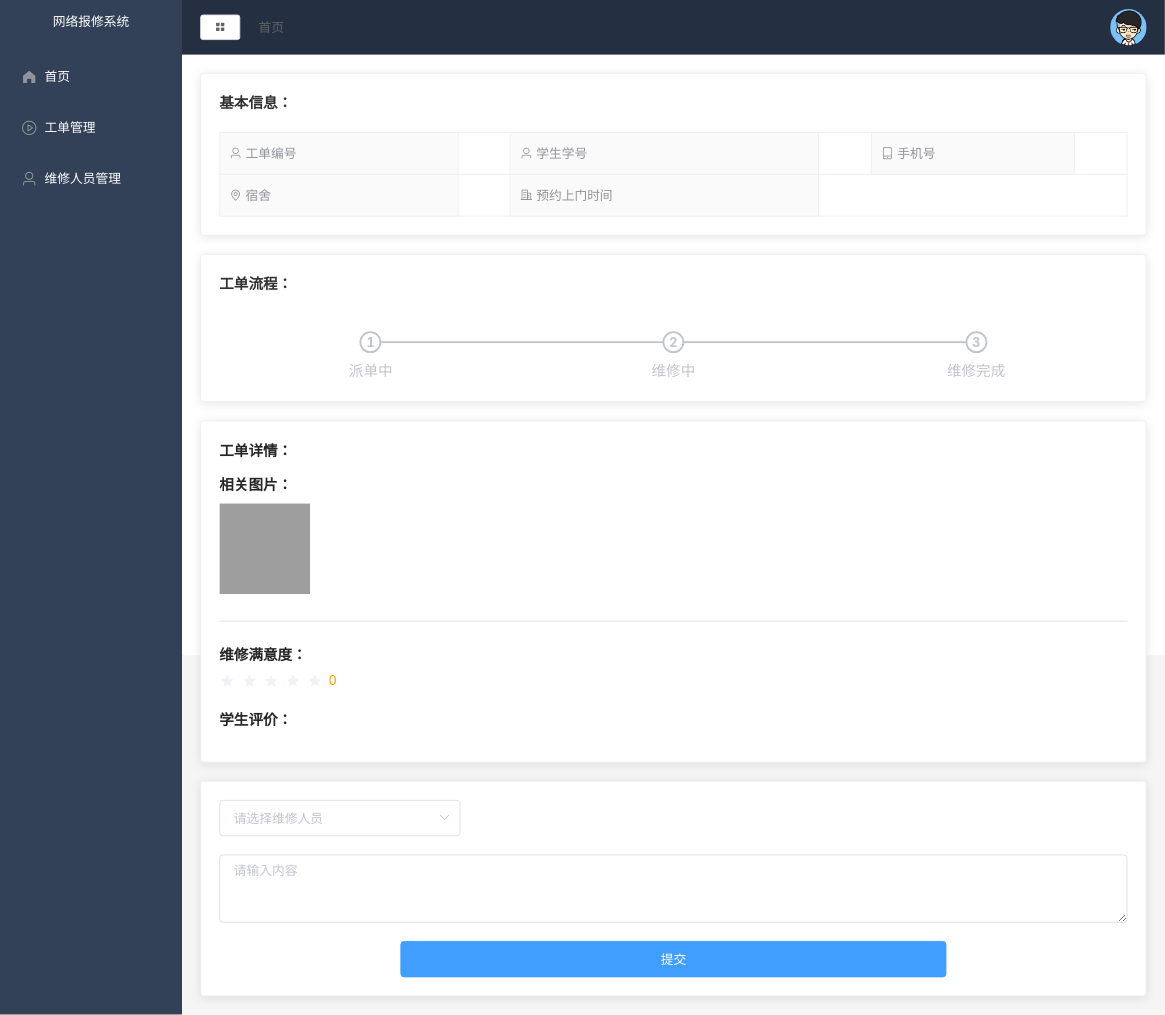
Repository: LtheW/vue
Page: /submit
An editor plug-in stored every save of this project. The page is shown before and after the next save, followed by the edit.
The browser window is 1280 px wide. The pictures show the whole page, at 91% of full size.
Pictures or frames that could not be fetched are drawn as grey boxes. The page's requests for data from a server got no answer. The project was rebuilt for these pictures with package versions that can differ from the ones it lists, and the page was loaded fresh each time. No one was signed in, and anything a server would have sent is missing. Also part of the build but not shown: vue.config.js, src/components/CommonTag.vue, src/views/Maintainer/Add.vue, src/assets/js/login.js, src/views/Login.vue, src/views/Results/Repaired.vue.

Above is the page before, as saved 2022-03-31 19:15:36.

After the next save:
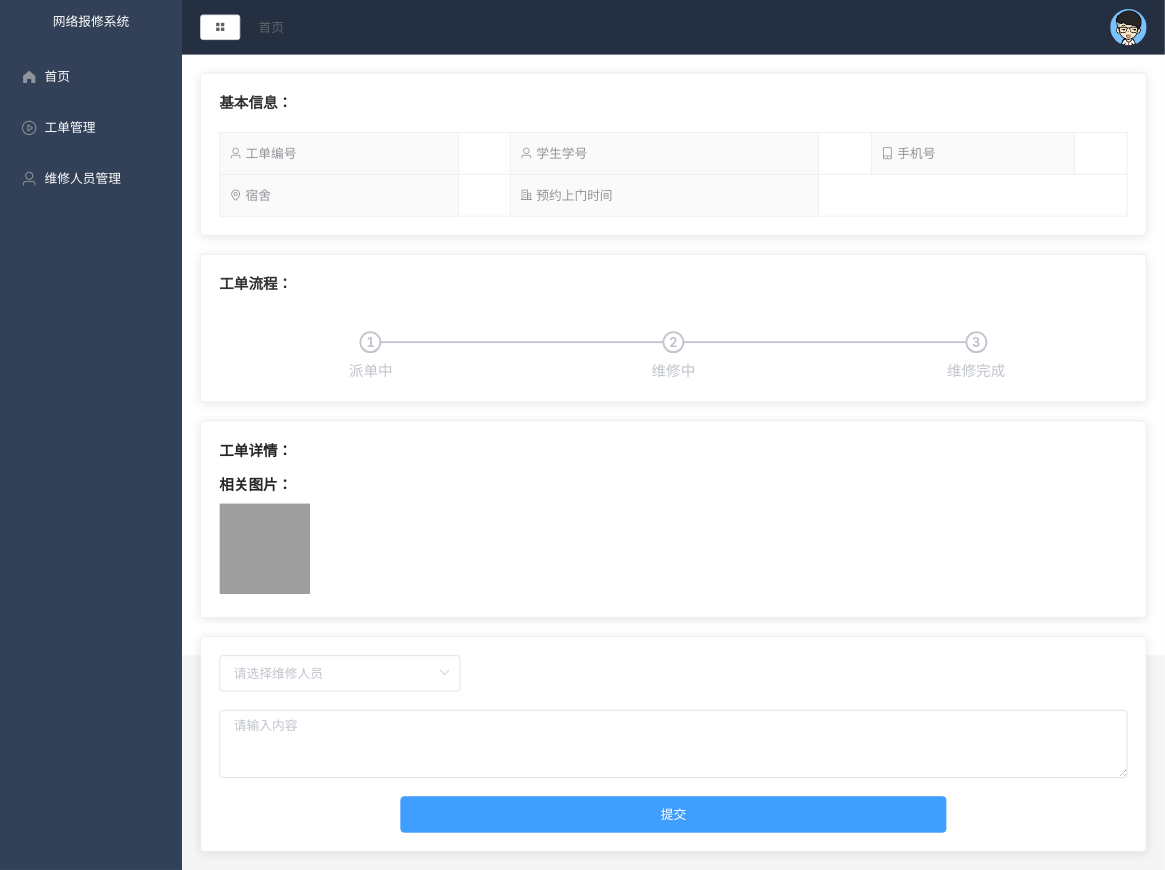
Saved 13 s later.
--- a/src/views/Results/Submit.vue
+++ b/src/views/Results/Submit.vue
@@ -78,21 +78,7 @@
             :preview-src-list="srcList"
           >
           </el-image>
-          <el-divider></el-divider>
-
-          <h5 class="title">维修满意度：</h5>
-          <el-rate
-            v-model="form.maintenanceSatisfaction"
-            disabled
-            show-score
-            text-color="#ff9900"
-            score-template="{value}"
-          >
-          </el-rate>
-          <div class="p">
-            <h5 class="title">学生评价：</h5>
-            <p>{{ form.evaluation }}</p>
-          </div>
+
         </el-card>
         <div class="p">
           <el-card>
